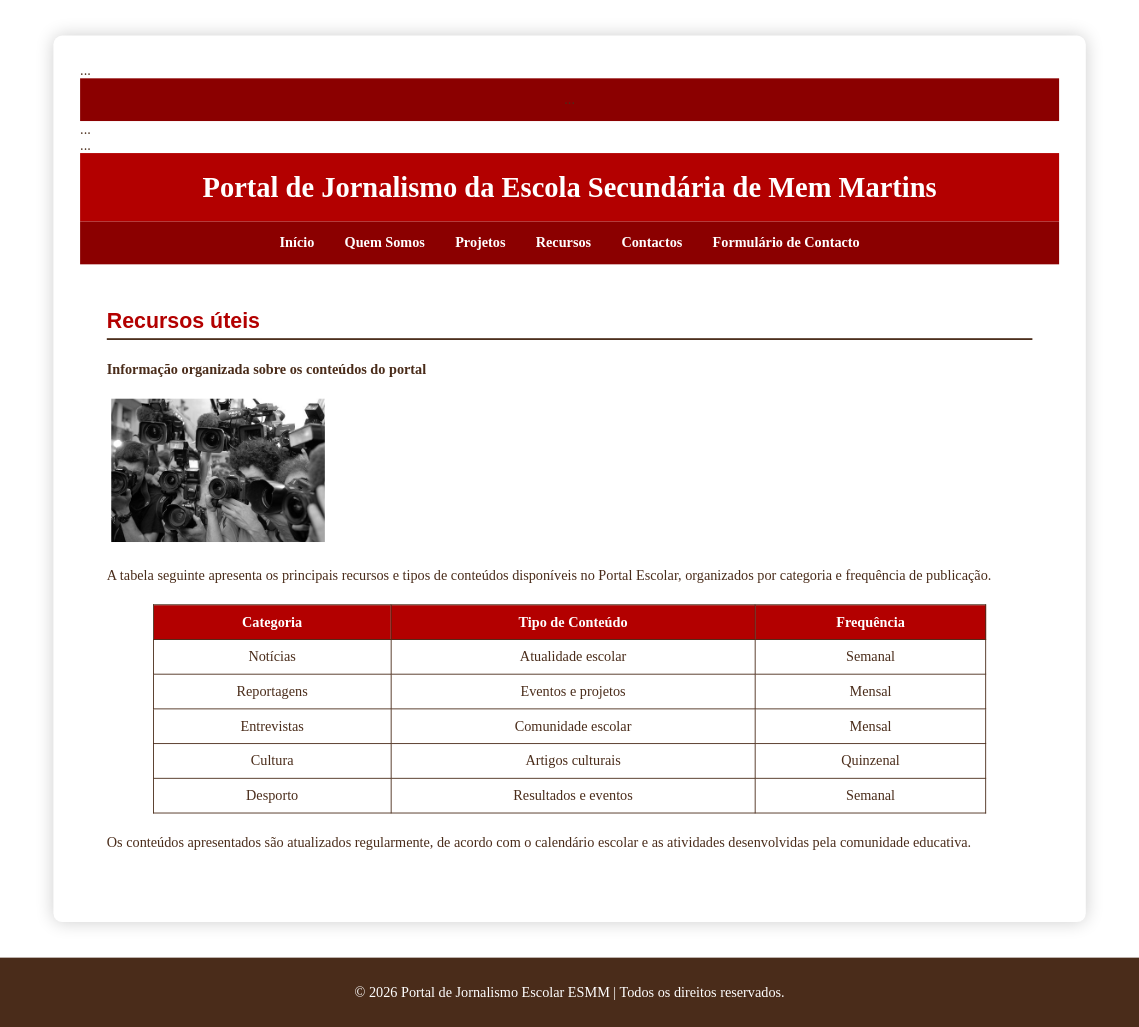
Repository: Sofiampsantos/Portal-de-Jornalismo-Escolar
Page: ProjetoProgV2/FormularioContacto/src/main/webapp/recursos.html
The author's editor kept a copy of each file at every save. The page is drawn from the files as they stood at one save, then again after the next save.
The browser window is 1280 px wide. The pictures show the whole page, at 89% of full size.
Some web fonts or font styles are not loaded; a fallback is used.

Above is the page before, as saved 2026-05-22 19:37:17.
Console error: ReferenceError: documemnt is not defined

After the next save:
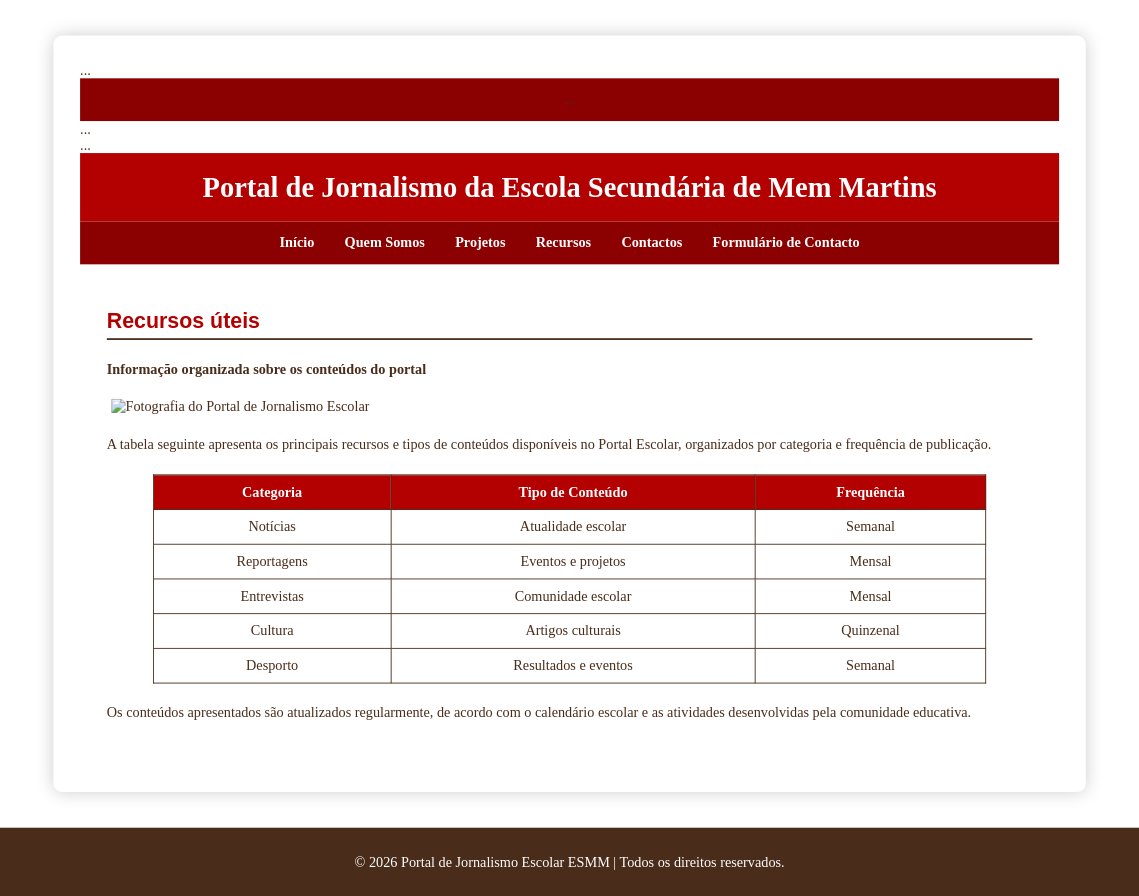
Saved 9 s later.
--- a/ProjetoProgV2/FormularioContacto/src/main/webapp/recursos.html
+++ b/ProjetoProgV2/FormularioContacto/src/main/webapp/recursos.html
@@ -37,7 +37,7 @@
 			<strong>Informação organizada sobre os conteúdos do portal</strong></p>
 
 			<img alt="Fotografia do Portal de Jornalismo Escolar"
-		 		src="../img/cameras.jpg">
+		 		src">
 
 			<p>A tabela seguinte apresenta os principais recursos e tipos de
 			conteúdos disponíveis no Portal Escolar, organizados por categoria

After the save that followed:
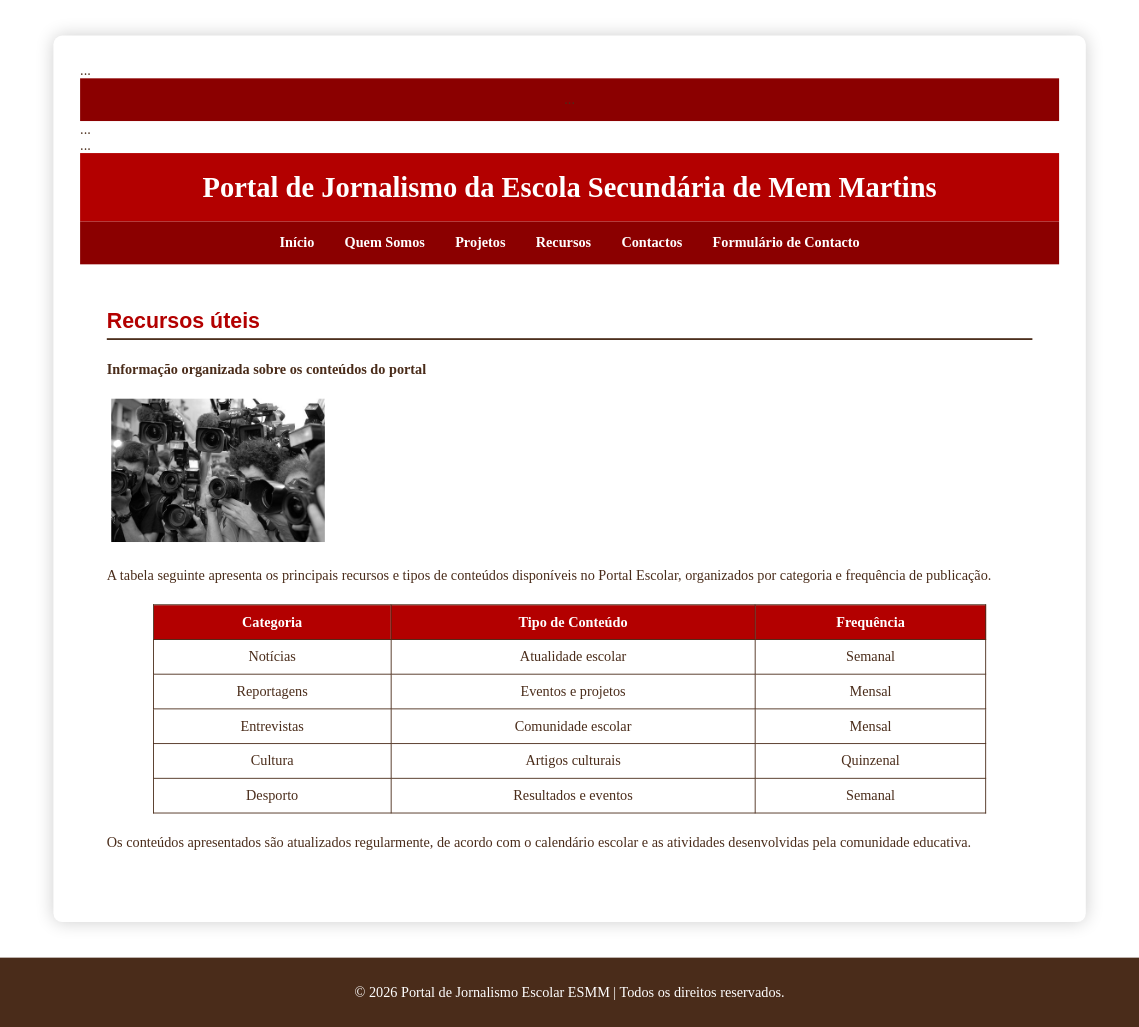
Saved 5 s later.
--- a/ProjetoProgV2/FormularioContacto/src/main/webapp/recursos.html
+++ b/ProjetoProgV2/FormularioContacto/src/main/webapp/recursos.html
@@ -37,7 +37,7 @@
 			<strong>Informação organizada sobre os conteúdos do portal</strong></p>
 
 			<img alt="Fotografia do Portal de Jornalismo Escolar"
-		 		src">
+		 		src="img/cameras.jpg">
 
 			<p>A tabela seguinte apresenta os principais recursos e tipos de
 			conteúdos disponíveis no Portal Escolar, organizados por categoria
